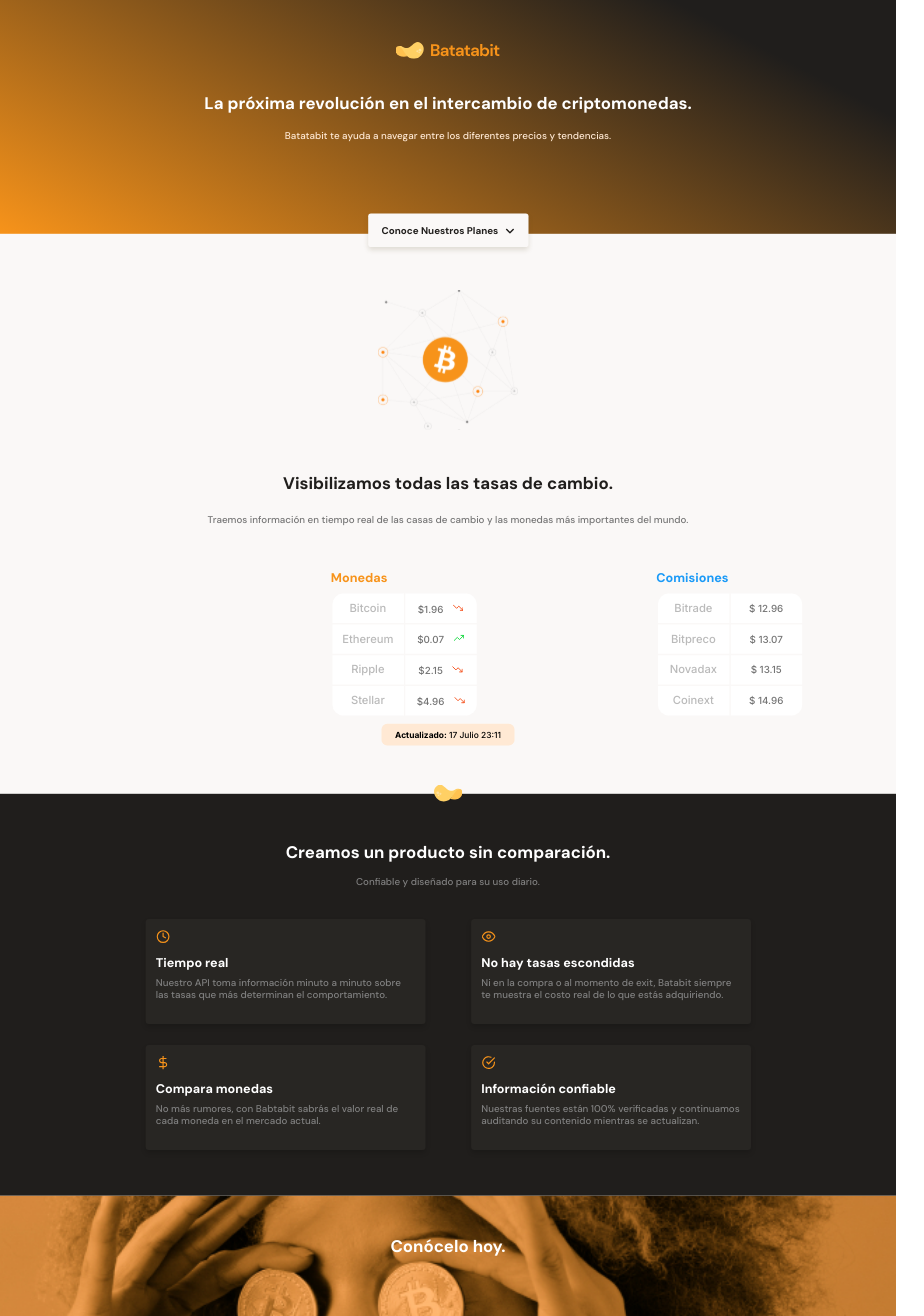
Repository: Pandrea-hub/Batatabit
Page: index.html
An editor plug-in stored every save of this project. The page is shown before and after the next save, followed by the edit.
The browser window is 1280 px wide. The page is 1320 px wide, so the pictures cover 1320 px, including what lies to the right of the window. The pictures show the part of the page from y = 0 to 1880 px (the page is 2778 px tall), at 70% of full size.

Above is the page before, as saved 2022-04-20 21:48:49.

### index.html
<!DOCTYPE html>
<html lang="en">
<head>
    <meta charset="UTF-8">
    <meta http-equiv="X-UA-Compatible" content="IE=edge">
    <meta name="viewport" content="width=device-width, initial-scale=1.0">
    <title>Document</title>
    <link rel="preconnect" href="https://fonts.googleapis.com">
    <link rel="preconnect" href="https://fonts.gstatic.com" crossorigin>
    <link href="https://fonts.googleapis.com/css2?family=DM+Sans:wght@400;500;700&family=Inter:wght@300;500;700&display=swap" rel="stylesheet">
    <link rel="stylesheet" href="./style.css">
    <link rel="stylesheet" href="./css/tablet.css" media="(min-width: 930px)">
</head>
<body>


    <header>

        <img src="./assets/img/logo.svg" alt="Logo del header donde estara una patata y el nombre que es Batatabit"/>
        <div class="header--title-container">
            <h1>La próxima revolución en el intercambio de criptomonedas.</h1>
            <p>Batatabit te ayuda a navegar entre los diferentes precios y tendencias.</p>
            <a href="#plans" class="header--button">Conoce Nuestros Planes<span></span></a>
        </div>
    </header>


    <main>
        <section class="main-exchange--container">
            <div class="backgroungImg"></div>
            <div class="main-exchange--container--title">
                <h2>Visibilizamos todas las tasas de cambio.</h2>
                <p>Traemos información en tiempo real de las casas de cambio y las monedas más importantes del mundo.</p>
            </div>

            <section class="main-tables-container">
                <div class="main-currency-table">
                    <div class="currency-table">

                        <div class="container-arrow--left" id="arrow-left"></div>

                        <div class="currency-table--container" id="table-1">
                            <p class="currency-table--title" id="title-1">Monedas</p>
                            <table>
                                <tr>
                                    <tr>
                                        <td class="table__top--left">Bitcoin</td>
                                        <td class="table__top--right table__right">$1.96 <span class="down"></span></td>
                                    </tr>
                                    <tr>
                                        <td>Ethereum</td>
                                        <td class="table__right">$0.07 <span class="up"></span></td>
                                    </tr>
                                    <tr>
                                        <td>Ripple</td>
                                        <td class="table__right">$2.15 <span class="down"></span></td>
                                    </tr>
                                    <tr>
                                        <td class="table__bottom--left">Stellar</td>
                                        <td class="table__bottom-right table__right">$4.96 <span class="down"></span></td>
                                    </tr>
                                </tr>
                            </table>
                        </div>


                        <div class="currency-table--container" id="table-2">
                            <p class="currency-table--title" id="title-2">Comisiones</p>
                            <table>
                                <tr>
                                    <tr>
                                        <td class="table__top--left">Bitrade</td>
                                        <td class="table__top--right table__right">$ 12.96</td>
                                    </tr>
                                    <tr>
                                        <td>Bitpreco</td>
                                        <td class="table__right">$ 13.07</td>
                                    </tr>
                                    <tr>
                                        <td>Novadax</td>
                                        <td class="table__right">$ 13.15</td>
                                    </tr>
                                    <tr>
                                        <td class="table__bottom--left">Coinext</td>
                                        <td class="table__bottom-right table__right">$ 14.96</td>
                                    </tr>
                                </tr>
                            </table>
                        </div>

                        <div class="container-arrow" id="arrow-right"></div>

                    </div>

                    <div class="currency-table--date" id="table-date">
                        <p><b>Actualizado:</b> 17 Julio 23:11 </p></p>
                    </div>

                </div>
            </section>
        </section>

    <script>
        const arrow_right = document.getElementById("arrow-right")
        const arrow_left = document.getElementById("arrow-left")
        const table_1 = document.getElementById("table-1")
        const table_2 = document.getElementById("table-2")
        const date = document.getElementById("table-date");


        arrow_right.onclick = function(){
            arrow_right.style.display="none";
            table_1.style.display = "none"
            table_2.style.display = "grid"
            arrow_left.style.display = "block"
            date.style.backgroundColor="#E7F5FF";
        }
        arrow_left.onclick = function(){
            arrow_left.style.display="none";
            table_1.style.display = "grid"
            table_2.style.display = "none"
            arrow_right.style.display = "block"
            date.style.backgroundColor="#FFE9D4";
        }
    </script>


        <section class="main-product--detail">
            <span class="product-detail--batata-logo"></span>
            <div class="product-detail--title">
                <h2>Creamos un producto sin comparación.</h2>
                <p>Confiable y diseñado para su uso diario.</p>
            </div>
            <section class="product-cards--container">
                <article class="product-detail--card">
                    <span class="icon-card clock"></span>
                    <p class="product-card--title">Tiempo real</p>
                    <p class="product-card--body">Nuestro API toma información minuto a minuto sobre las tasas que más determinan el comportamiento.</p>
                </article>

                <article class="product-detail--card">
                    <span class="icon-card tasas"></span>
                    <p class="product-card--title">No hay tasas escondidas</p>
                    <p class="product-card--body">Ni en la compra o al momento de exit, Batabit siempre te muestra el costo real de lo que estás adquiriendo.</p>
                </article>


                <article class="product-detail--card">
                    <span class="icon-card money"></span>
                    <p class="product-card--title">Compara monedas</p>
                    <p class="product-card--body">No más rumores, con Babtabit sabrás el valor real de cada moneda en el mercado actual.</p>
                </article>


                <article class="product-detail--card">
                    <span class="icon-card info"></span>
                    <p class="product-card--title">Información confiable</p>
                    <p class="product-card--body">Nuestras fuentes están 100% verificadas y continuamos auditando su contenido mientras se actualizan.</p>
                </article>

            </section>

        </section>



        <section class="bitcoin-img--container">
            <h2>Conócelo hoy.</h2>
        </section>


        <section id="plans" class="main-plans-container">
            <div class="plans--title">
                <h2>Escoge el plan que mejor se ajuste a ti.</h2>
                <p>Cualquier plan te da acceso completo a nuestra plataforma.</p>
            </div>
            <section class="plans-container--slider">
                <article class="plans-container--card">
                    <p class="recommended">Recomendado</p>
                    <div class="plan-info--container">
                        <h3 class="plan-card--title">Pago Anual</h3>
                        <p class="plan-card--price"><sup>$</sup> 99</p>
                        <p class="plan-card--saving">*Ahorras $129 comparado al plan mensual.</p>
                        <button class="plan-card--ca">Escoger este <span></span></button>
                    </div>
                </article>

                <article class="plans-container--card">
                    <p class="premium">Premium</p>
                    <div class="plan-info--container">
                        <h3 class="plan-card--title">Pago Anual</h3>
                        <p class="plan-card--price"><sup>$</sup> 180</p>
                        <p class="plan-card--saving">*Tendras acceso a categorias como el estado de cuenta y notificaciones cuando se suba el precio.</p>
                        <button class="plan-card--ca">Escoger este <span></span></button>
                    </div>
                </article>


                <article class="plans-container--card card-classic">
                    <p class="classic">Clasico</p>
                    <div class="plan-info--container">
                        <h3 class="plan-card--title info-classic">Pago Trimestal</h3>
                        <p class="plan-card--price info-classic"><sup>$</sup> 25</p>
                        <p class="plan-card--saving info-classic">*Podras acceder solo a 3 meses a una cuenta clasica.</p>
                        <button class="plan-card--ca info-classic-button">Escoger este <span></span></button>
                    </div>
                </article>

            </section>
        </section>




    </main>

    <footer>
        <section class="left">
            <ul>
                <li><a href="#">Linkedin</a></li>
                <li><a href="#">Github</a></li>
                <li><a href="#">Twitter</a></li>
            </ul>
        </section>
        <section class="right">
            <img src="./assets/img/logo-footer.svg" alt="Logo de Batatabit 2020">
        </section>
    </footer>

</body>
</html>

### style.css
/*
1. Position
2. Box model
3. typography
4. Visual themes
5. Others
*/

:root{
    --bitcoin-orange:#F7931A;
    --soft-orange:#FFE9D4;
    --secondary-blue:#1A9AF7;
    --soft-blue:#E7F5FF;
    --warm-black:#201E1C;
    --black: #201e1c;
    --grey: #bababa;
    --off-white: #faf8f7;
    --just-white: #fff;
}

*{
    padding: 0;
    margin: 0;
    box-sizing: border-box;
}


html{
    font-size: 62.5%;
    font-family: "DM Sans", sans-serif;
}

header{
    position: relative;
    display: flex;
    flex-direction:column;
    justify-content: center;
    width: 100%;
    height: 334px;
    min-width: 320px;
    text-align: center;
    background: linear-gradient(207.8deg, #201E1C 16.69%, #F7931A 100%);

}

header img{
    width: 150px;
    height: 24px;
    margin-top: 60px;
    align-self: center;
}

.header--title-container{
    width: 90%;
    min-width: 288px;
    max-width: 900px;
    height: 218px;
    margin-top: 50px;
    text-align: center;
    align-self:center;
}

.header--title-container h1{
    font-size: 2.4rem;
    font-weight: bold;
    line-height: 2.6rem;
    color: var(--just-white);
}

.header--title-container p{
    font-size: 1.4rem;
    font-weight: 500;
    line-height: 1.8rem;
    color:var(--soft-orange);
    margin-top: 2.4rem;
}


.header--title-container .header--button{
    left: calc(50% - 229px/2);
    position: absolute;
    top: 270px;
    display: block;
    margin-top: 35px;
    padding: 15px;
    width: 229px;
    height: 48px;
    background-color: var(--off-white);
    /* Box shadow */
    box-shadow: 0px 4px 8px rgba(89, 73, 30, 0.16);
    border-radius: 4px;
    font-weight: bold;
    font-size: 14px;
    line-height: 18px;
    color:var(--warm-black);
    text-decoration: none;
}

.header--button span{
    display: inline-block;
    width: 13px;
    height: 8px;
    margin-left: 10px;
    background-image: url('./assets/icons/down-arrow.svg');
}

main{
    width: 100%;
    height: auto;
    background-color:var(--off-white);
    min-width: 320px;
}


.main-exchange--container{
    width: 100%;
    height: auto;
    padding-top: 80px;
    padding-bottom: 30px;
    text-align: center;
}

.main-exchange--container--title{
    width: 100%;
    min-width: 288px;
    max-width: 900px;
    margin: 10px auto;
    padding: 1%;
}

.main-exchange--container .backgroungImg{
    width: 200px;
    height: 200px;
    margin: 0 auto;
    margin-bottom: 50px;
    background-image: url(./assets/img/bitcoin.svg);
    background-size: cover;
    background-position: center;
    background-repeat: no-repeat;
}


.main-exchange--container--title h2{
    margin-bottom: 30px;
    font-size: 2.4rem;
    font-weight: bold;
    line-height: 2.6rem;
    align-self:center;
    color:var(--warm-black);
}




.main-exchange--container--title p{
    margin-bottom: 30px;
    font-size: 1.4rem;
    line-height: 1.8rem;
    font-weight: 500;
    color:#757575;
    text-align: center;

}





/*Tables*/


.main-tables-container{
    margin: 20px auto;
    width: 100%;
}



.main-currency-table{
    display: flex;
    flex-direction: column;
    width: 70%;
    min-width: 235px;
    max-width: 500px;
    height: 240px;
    margin: 0 auto;
    font-family: "Inter", sans-serif;
}

.main-currency-table .currency-table--title{
    width: 81px;
    height: 10px;
    margin: 0 auto;
    position: absolute;
    font-size: 1.8rem;
    font-weight: bold;
    line-height: 2.3rem;
    font-family: "DM Sans";
    color:var(--bitcoin-orange);
}

.currency-table{
    width: 100%;
}


.currency-table--container{
    margin: 0 auto;
    width: 100%;
    height: 90px;
    min-width: 190px;
    max-width: 300px;

}

.currency-table--container table{
    width: 70%;
    height: 180px;
    max-width: 320px;
    margin: 30px auto;
    position: absolute;
}


.currency-table--container td{
    width: 50%;
    font-size: 1.6rem;
    font-weight: 500;
    line-height: 1.9rem;
    color:var(--grey);
    background-color:var(--just-white);
    margin: 0px 10px;

}

.table__top--left{
    border-radius: 15px 0 0 0;
}

.table__top--right{
    border-radius:0 15px 0 0;
}


.table__bottom-right{
    border-radius:0 0 15px 0;
}

.table__bottom--left{
    border-radius:0 0 0 15px;
}

.currency-table--container .table__right{
    font-size: 1.4rem;
    font-weight: normal;
    line-height: 1.7rem;
    color:#757575;
}


.currency-table--container .down{
    display: inline-block;
    width: 15px;
    height: 15px;
    margin-left: 10px;
    background-image:url("./assets/icons/trending-down.svg");
    background-size:cover;
    background-repeat:no-repeat;
}

.currency-table--container .up{
    display: inline-block;
    width: 15px;
    height: 15px;
    margin-left: 10px;
    background-image:url("./assets/icons/trending-up.svg");
    background-size:cover;
    background-repeat:no-repeat;
}


.currenty-table{
    display: grid;
    grid-template-columns: 1fr 1fr 1fr;

}


.container-arrow{
    height: 10px;
    width: 12px;
    background-image: url("../assets/icons/right-arrow.svg");
    background-repeat: no-repeat;
    background-size: contain;
    background-position: center;
    position: absolute;
    margin-top: 25px;
    right: calc(10%);
    cursor: pointer;
}


.container-arrow--left{
    display: none;
    height: 10px;
    width: 12px;
    background-image: url("../assets/icons/left-arrow.svg");
    background-repeat: no-repeat;
    background-size: contain;
    background-position: center;
    position: absolute;
    margin-top:120px;
    left: calc(8%);
    cursor: pointer;
}


#title-2{
    color:var(--secondary-blue);
}



.currency-table--date{
    position: relative;
    margin: 0 auto;
    font-size: 12px;
    width: 190px;
    height: 31px;
    margin-top: 140px;

    padding: 8px;
    background-color:var(--soft-orange);
    border-radius:8px;
}

#table-2{
    display: none;
}

.main-product--detail{
    position: relative;
    width: 100%;
    min-width: 320px;
    height: auto;
    padding: 20px 10px;
    background-color:var(--warm-black);
    margin-top: 30px;
}


.product-detail--batata-logo{
    left: calc(50% - 20px);
    top: -12.5px;
    position: absolute;
    width: 40px;
    height: 25px;
    background-image:url("./assets/icons/batata.svg");
}


.product-detail--title{
    width: 90%;
    min-width: 288px;
    height: auto;
    margin: 0 auto;
    margin-top: 50px;
    text-align: center;
}


.product-detail--title h2{
    margin-bottom: 20px;
    font-size: 2.4rem;
    font-weight: bold;
    line-height: 2.6rem;
    color:var(--just-white);

}

.product-detail--title p{
    color:#808080;
    font-size: 1.4rem;
    font-weight: 500;
    line-height: 1.8rem;
}


.product-detail--card{
    width: 90%;
    min-width: 288px;
    max-width: 400px;
    height: 150px;
    margin: 15px auto;
    padding: 15px;
    background-color:#282623;
    border-radius:5px;
    box-shadow:0px 4px 8px rgba(0, 0, 0, 0.16);

}


.product-detail--card .icon-card{
    display: inline-block;
    width: 20px;
    height: 20px;
    background-position: center;
    background-size: cover;
    background-repeat: no-repeat;
    margin-bottom: 15px;

}

.clock{
    background-image:url("./assets/icons/clock.svg");
}

.tasas{
    background-image:url("./assets/icons/eye.svg");
}

.money{
    background-image:url("./assets/icons/dollar-sign.svg");
}

.info{
    background-image:url("./assets/icons/check-circle.svg");
}

.product-card--title{
    font-weight: 700;
    font-weight: bold;
    font-size: 1.8rem;
    line-height: 1.8rem;
    color:var(--just-white);
}


.product-card--body{
    font-weight: 500;
    font-size: 1.4rem;
    line-height: 1.8rem;
    color: #808080;
    margin-top: 10px;
}


/*Seccion de planes*/

.bitcoin-img--container{
    width: 100%;
    min-width: 320px;
    height: 50vh;
    background-image:url('./assets/img/bitcoinbaby2x.jpg');
    background-position:center;
    background-size:cover;
    background-repeat:no-repeat;
    text-align: center;
}

.bitcoin-img--container h2{
    padding-top: 60px;
    font-size: 2.4rem;
    font-weight: bold;
    line-height: 2.6rem;
    color:var(--just-white);
}


.main-plans-container{
    width: 100%;
    min-width: 320px;
    padding-bottom: 70px;
    text-align: center;
}

.plans--title{
    width: 90%;
    min-width: 288px;
    height: auto;
    margin: 0 auto;
    margin-bottom: 50px;
}


.plans--title h2{
    padding-top: 50px;
    font-size: 2.4rem;
    font-weight: bold;
    line-height: 2.6rem;
    color:var(--warm-black);
}


.plans--title p{
    padding-top: 30px;
    font-size: 1.4rem;
    font-weight: 500;
    line-height: 1.8rem;
    color:rgba(117, 117, 117, 1);
}

.plans-container--slider{
    display: flex;
    height: 316px;
    overflow-x: scroll;
    overscroll-behavior-x: contain;
    scroll-snap-type: proximity;
}

.plans-container--slider::-webkit-scrollbar {
    background-color: var(--soft-orange);
    height: 3px;
}

.plans-container--slider::-webkit-scrollbar-thumb {
    background-color: var(--bitcoin-orange);
}

.plans-container--card{
    position: relative;
    scroll-snap-align: center;
    width: 60%;
    min-width: 200px;
    max-width: 300px;
    min-height: 260px;
    margin: 50px 10px 0;
    padding: 0 15px;
    border-radius:15px;
    box-shadow: 0 4px 8px rgba(89, 73, 30, 0.16);
    background:var(--just-white);
}

.recommended{
    position: absolute;
    width: 120px;
    height: 31px;
    left: calc(50% - 60px);
    top: -15px;
    padding: 6px;
    font-size: 1.2rem;
    background-color:var(--bitcoin-orange);
    border-radius:8px;
    color:var(--just-white);
}

.premium{
    position: absolute;
    width: 120px;
    height: 31px;
    left: calc(50% - 60px);
    top: -15px;
    padding: 6px;
    font-size: 1.2rem;
    background-color:var(--secondary-blue);
    border-radius:8px;
    color:var(--just-white);
}

.classic{
    position: absolute;
    width: 120px;
    height: 31px;
    left: calc(50% - 60px);
    top: -15px;
    padding: 6px;
    font-size: 1.2rem;
    background-color:var(--bitcoin-orange);
    border-radius:8px;
    color:var(--just-white);
}

.card-classic{
    background-color:var(--warm-black);
}



.plan-card--title{
    padding-top: 30px;
    font-size: 1.4rem;
    font-weight: 500;
    line-height: 1.8rem;
    color:black;
}

.plan-card--price{
    padding: 5px 0;
    font-size: 5.2rem;
    font-weight: bold;
    line-height: 6.3rem;
    letter-spacing: -0.08em;
    color:black;
}

.plan-card--price sup{

    font-size: 1.2rem;

}

.plan-card--saving{
    font-size: 1.2rem;
    color:#757575;
}

.plan-card--ca{
    width: 150px;
    height: 48px;
    margin-top: 16px;
    border: 2px solid var(--bitcoin-orange);
    background:var(--off-white);
    border-radius: 4px;
    font-size: 1.4rem;
    font-weight: bold;
    line-height: 1.8rem;
    color:var(--warm-black);
    text-align: center;
    font-family: "DM Sans", sans-serif;
}

.plan-card--ca span{
    display: inline-block;
    width: 20px;
    height: 20px;
    background-image:url('./assets/icons/orange-right-arrow.svg');
    vertical-align: text-bottom;
}

.info-classic{
    color:var(--just-white);
}


.info-classic-button{
    background:var(--grey);
}

footer{
    display: flex;
    width: 100%;
    height: 150px;
    background:var(--bitcoin-orange);
}

footer section{
    width: 50%;
    display: flex;
    justify-content: center;
    align-items: center;
}

footer .left ul{
    font-size: 1.4rem;
    font-weight: 500;
    line-height: 1.8rem;
    list-style: none;
}

.left li{
    margin: 10px 0;
}

.left a{
    text-decoration: none;
    color: var(--just-white);
}

### css/tablet.css
.currency-table{
    display: flex;
    width: 930px;
    justify-content: center;
}

..currency-table--container{
    width: auto;
}

.currency-table--date{
    position: relative;
    margin-top: 130px;
}

#table1,
#table2{
    display: flex;


}

.container-arrow,
.container-arrow--left{
    display: none;
}


#table-1,
#table-2{
    display: flex;
    position: relative;
}

.product-cards--container{
    display: flex;
    flex-wrap: wrap;
    width: 930px;
    margin: 30px auto;
}


.plans-container--slider{
    justify-content: center;
}

.plans-container--slider::-webkit-scrollbar {
    display: none;
}

After the next save:
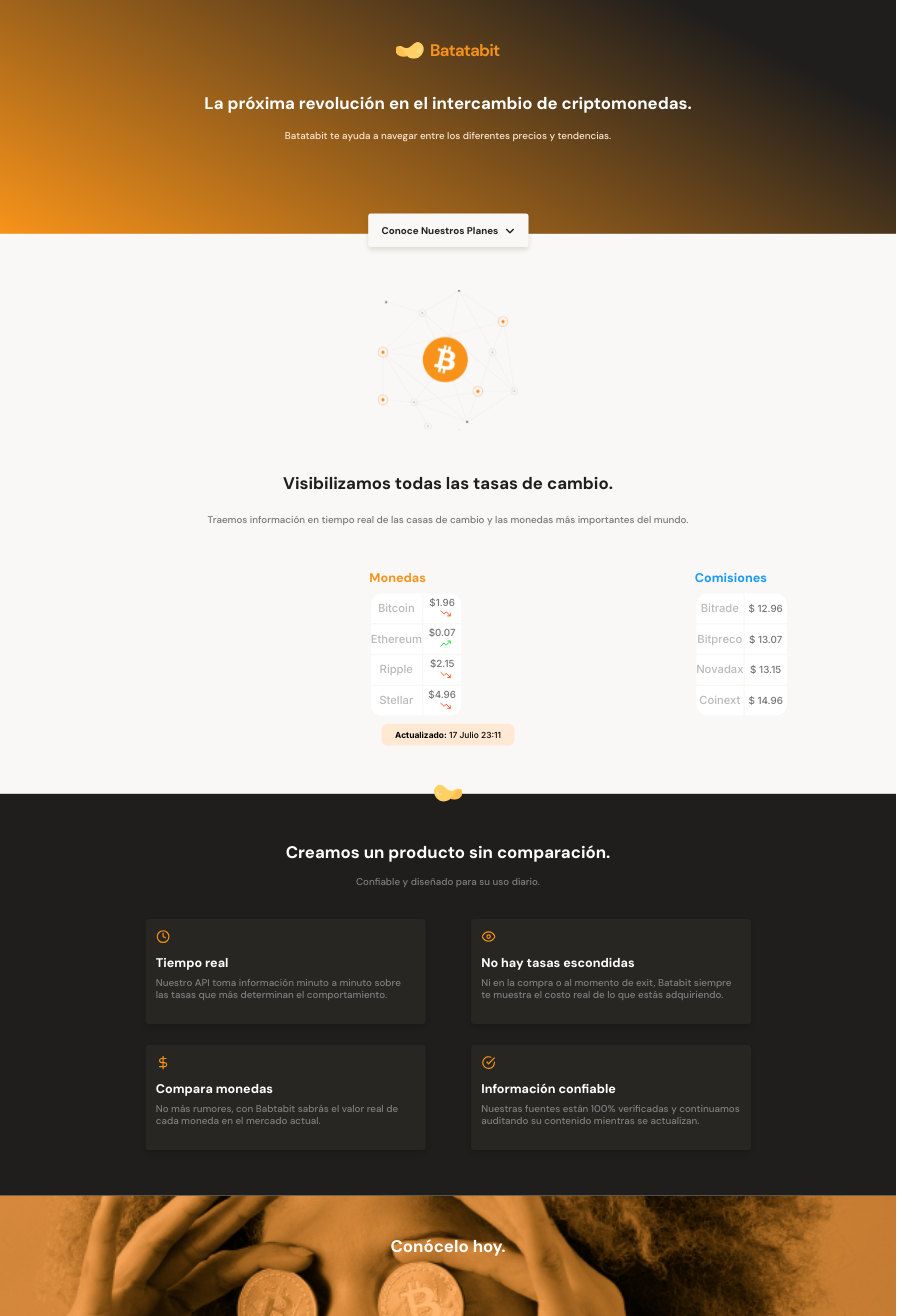
Saved 4 s later.
--- a/css/tablet.css
+++ b/css/tablet.css
@@ -4,7 +4,7 @@
     justify-content: center;
 }
 
-..currency-table--container{
+.currency-table--container{
     width: auto;
 }
 
